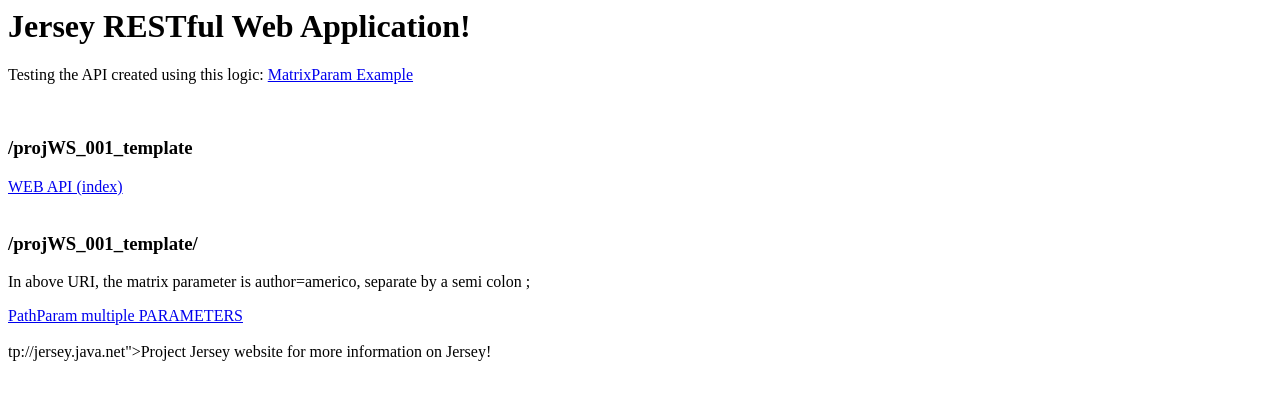
Repository: atafs/BackEnd_JAX-RS_REST_2continue
Page: http://localhost/projWS_001_template/
These files come from the project's save history. The page is drawn as it stood at one moment and after the next save; the edit follows.
The browser window is 1280 px wide. The pictures show the whole page.
The page is served by Tomcat 9. Other server files are loaded and not shown.

Above is the page before, as saved 2016-05-02 11:47:42.

### projWS_001_template/src/main/webapp/index.jsp
<html>
<body>
     <!-- TITLE -->
	<h1>Jersey RESTful Web Application!</h1>

	<!-- TXT -->
	<p>Testing the API created using this logic:
		<a href="http://www.mkyong.com/webservices/jax-rs/jax-rs-matrixparam-example/">MatrixParam Example</a>
	</p><br/>

	<!-- LINKS -->
	<h3>/projWS_001_template</h3>
	<a href="http://localhost:8085/projWS_001_template/">WEB API (index)</a><br/><br/>

	<h3>/projWS_001_template/</h3>
	<p>In above URI, the matrix parameter is author=americo, separate by a semi colon ;</p>
	<a href="http://localhost:8085/projWS_001_template/">PathParam multiple PARAMETERS</a><br/><br/>	tp://jersey.java.net">Project Jersey website</a>
    for more information on Jersey!


    <!-- ######################################## -->
</body>
</html>

After the next save:
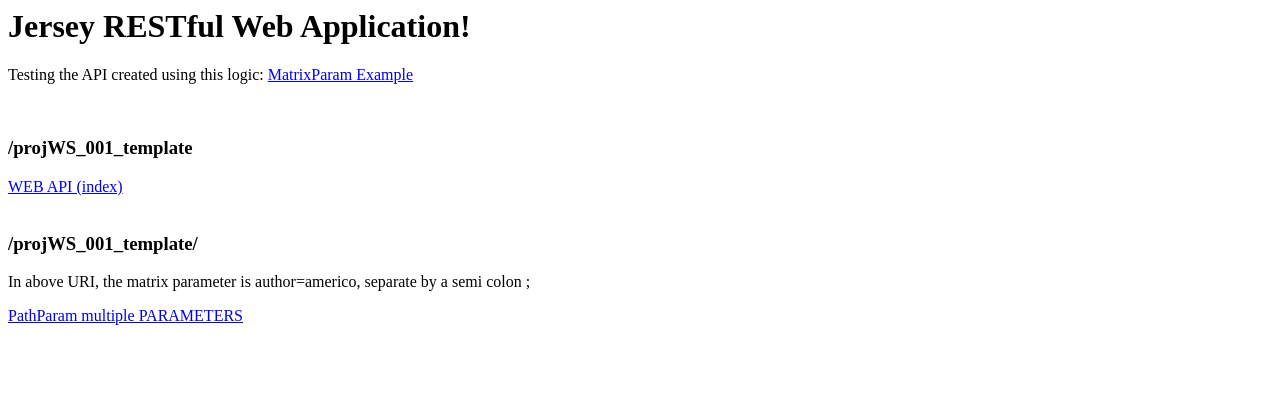
Saved 13 s later.
--- a/projWS_001_template/src/main/webapp/index.jsp
+++ b/projWS_001_template/src/main/webapp/index.jsp
@@ -14,8 +14,8 @@
 
 	<h3>/projWS_001_template/</h3>
 	<p>In above URI, the matrix parameter is author=americo, separate by a semi colon ;</p>
-	<a href="http://localhost:8085/projWS_001_template/">PathParam multiple PARAMETERS</a><br/><br/>	tp://jersey.java.net">Project Jersey website</a>
-    for more information on Jersey!
+	<a href="http://localhost:8085/projWS_001_template/">PathParam multiple PARAMETERS</a><br/><br/>
+
 
 
     <!-- ######################################## -->
